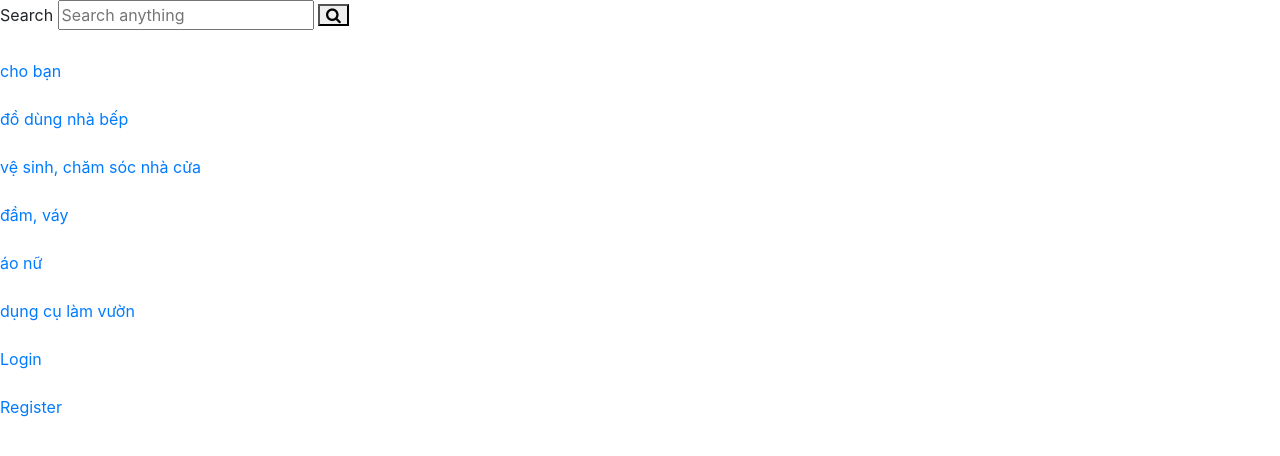
Repository: bao2222/hoc-lam-web
Page: About-me.html
The author's editor kept a copy of each file at every save. The page is drawn from the files as they stood at one save, then again after the next save.
The browser window is 1280 px wide. The pictures show the whole page.

Above is the page before, as saved 2025-01-23 14:39:06.

After the next save:
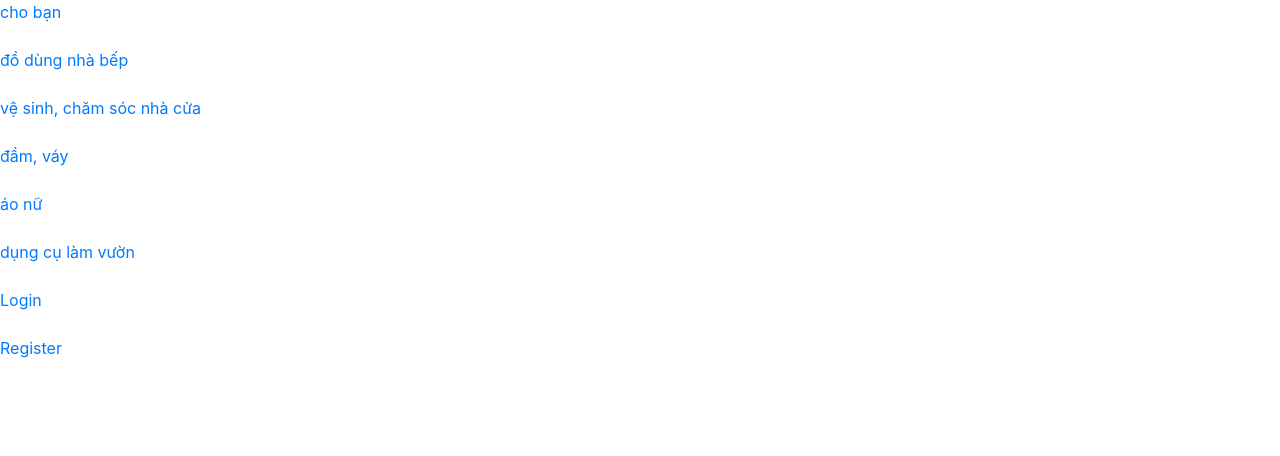
Saved 42 s later.
--- a/About-me.html
+++ b/About-me.html
@@ -17,14 +17,6 @@
     <body>
         <header>
             <div>
-                <div class="search">
-                    <form action="project.java" method="PUT-UPDATE" class="UserForm" >
-                        <label for="search">Search</label>
-                        <input type="text" id="search" placeholder="Search anything" name="search">
-                        <button type="submit" class="fa fa-search"></button><br><br>
-                    </form>
-                </div>
-
                 <div class="b-menu">
                     <a href="b1.html">cho bạn</a><br><br>
                     <a href="b2.html">đồ dùng nhà bếp</a><br><br>
